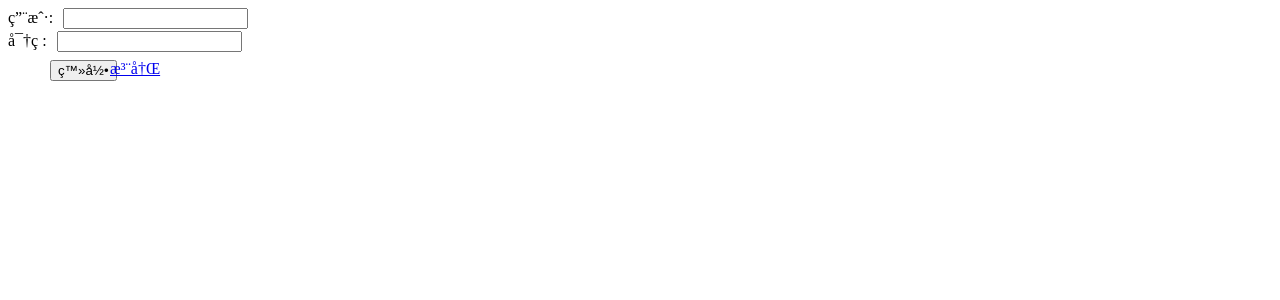
Repository: parasol1102/qd-cangku
Page: http://localhost/shop/text.jsp
An editor plug-in stored every save of this project. The page is shown before and after the next save, followed by the edit.
The browser window is 1280 px wide. The pictures show the whole page.
The page is served by Tomcat 9. Nobody is signed in. The application's start-up code is not run.

Above is the page before, as saved 2020-07-02 06:36:46.

After the next save:
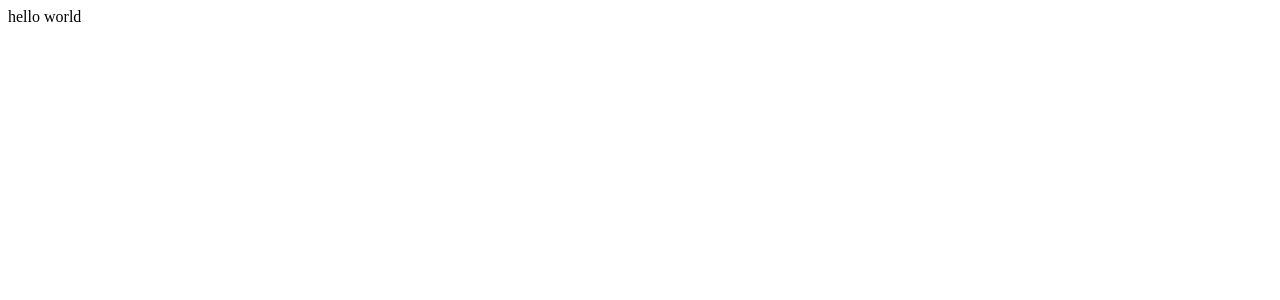
Saved 3 min 4 s later.
--- a/ec work/shop/WebContent/text.jsp
+++ b/ec work/shop/WebContent/text.jsp
@@ -7,12 +7,6 @@
 <title>use Eclipse to set a JSP</title>
 </head>
 <body>
-		<form action="/chapter04/succes">
-    用户:<input name="name" style="margin-left:10px;"><br>
-    密码:<input name="password" style="margin-left:10px;"><br>
-    <input type="submit" value="登录" style="position: absolute; left: 50px; top:60px;">
-    </form>
-
-    <a style="position: absolute; left: 110px; top:60px;" href='/chapter04/register.jsp' >注册</a>
+		hello world
 </body>
 </html>

After the save that followed:
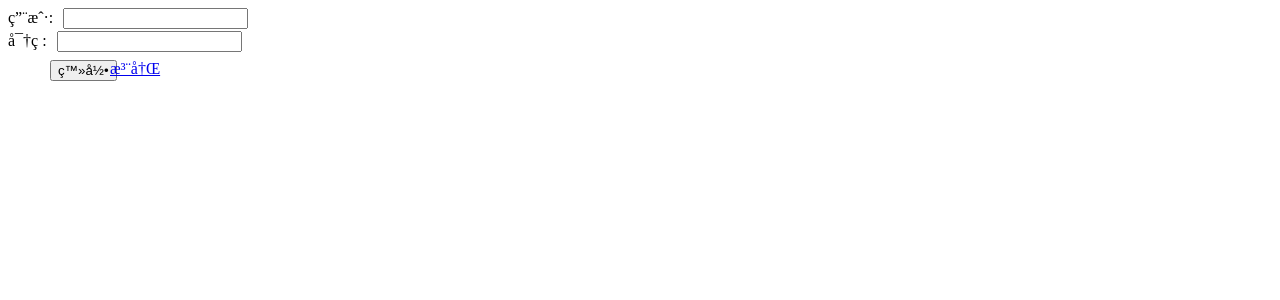
Saved 3 min 24 s later.
--- a/ec work/shop/WebContent/text.jsp
+++ b/ec work/shop/WebContent/text.jsp
@@ -7,6 +7,12 @@
 <title>use Eclipse to set a JSP</title>
 </head>
 <body>
-		hello world
+<form action="/chapter04/succes">
+    用户:<input name="name" style="margin-left:10px;"><br>
+    密码:<input name="password" style="margin-left:10px;"><br>
+    <input type="submit" value="登录" style="position: absolute; left: 50px; top:60px;">
+    </form>
+
+    <a style="position: absolute; left: 110px; top:60px;" href='/chapter04/register.jsp' >注册</a>
 </body>
 </html>
